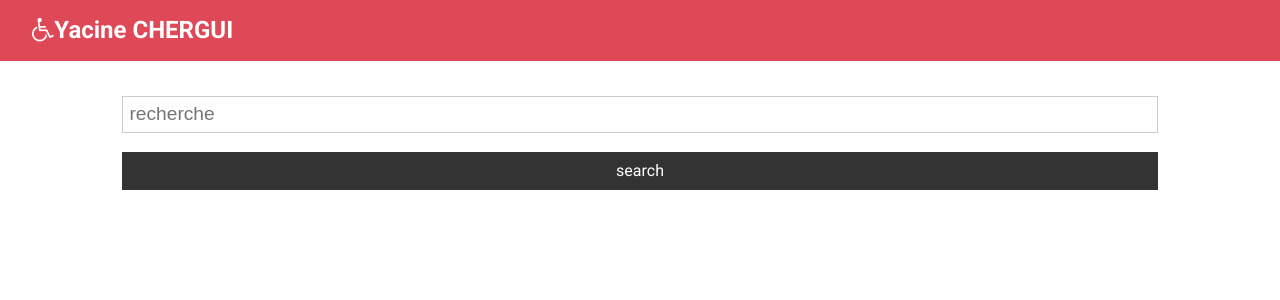
Repository: cherguiyacine/gitHubSearch
Page: /
These files come from the project's save history. The page is drawn as it stood at one moment and after the next save; the edit follows.
The browser window is 1280 px wide. The pictures show the whole page.
The project was rebuilt for these pictures with package versions that can differ from the ones it lists, and the page was loaded fresh each time. Also part of the build but not shown: src/Component/Users/UserItem.js, src/Component/Layout/Spinner.js, src/Component/Layout/Alert.js, src/Authentification.js.

Above is the page before, as saved 2019-11-22 01:01:49.

After the next save:
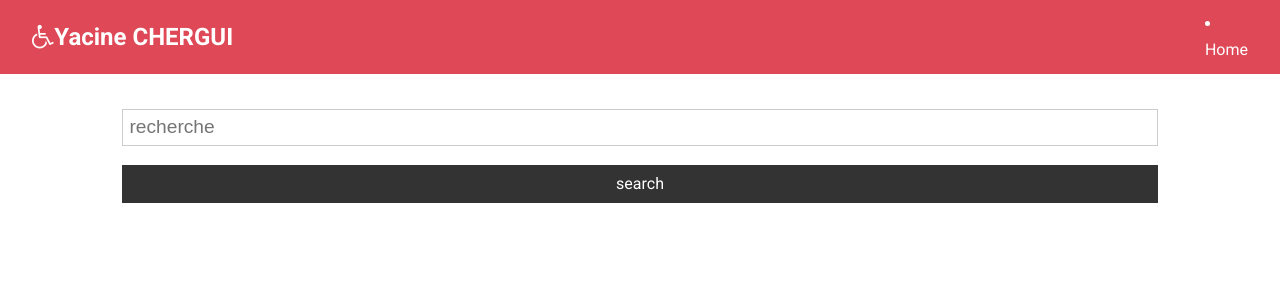
Saved 11 h 27 min later.
--- a/src/Component/Layout/Navbar.js
+++ b/src/Component/Layout/Navbar.js
@@ -8,6 +8,9 @@
         <i className={props.icon} />
         {props.title}
       </h1>
+      <li>
+        <ul>Home</ul>
+      </li>
     </nav>
   );
 };

After the save that followed:
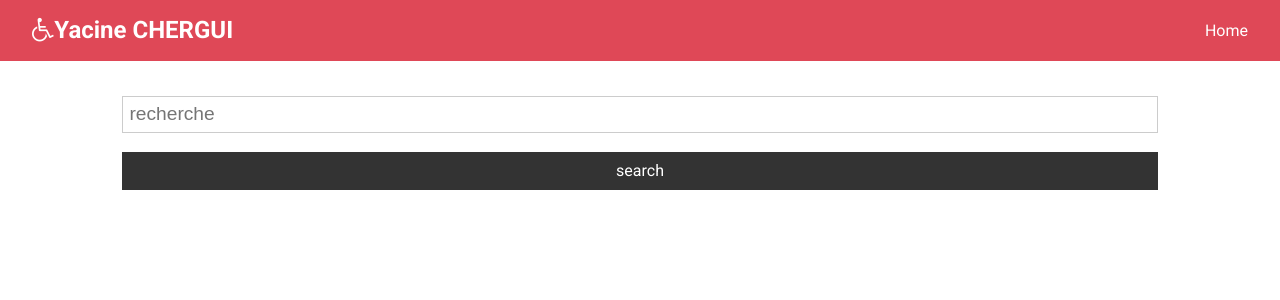
Saved 40 s later.
--- a/src/Component/Layout/Navbar.js
+++ b/src/Component/Layout/Navbar.js
@@ -8,9 +8,9 @@
         <i className={props.icon} />
         {props.title}
       </h1>
-      <li>
-        <ul>Home</ul>
-      </li>
+      <ul>
+        <li>Home</li>
+      </ul>
     </nav>
   );
 };
